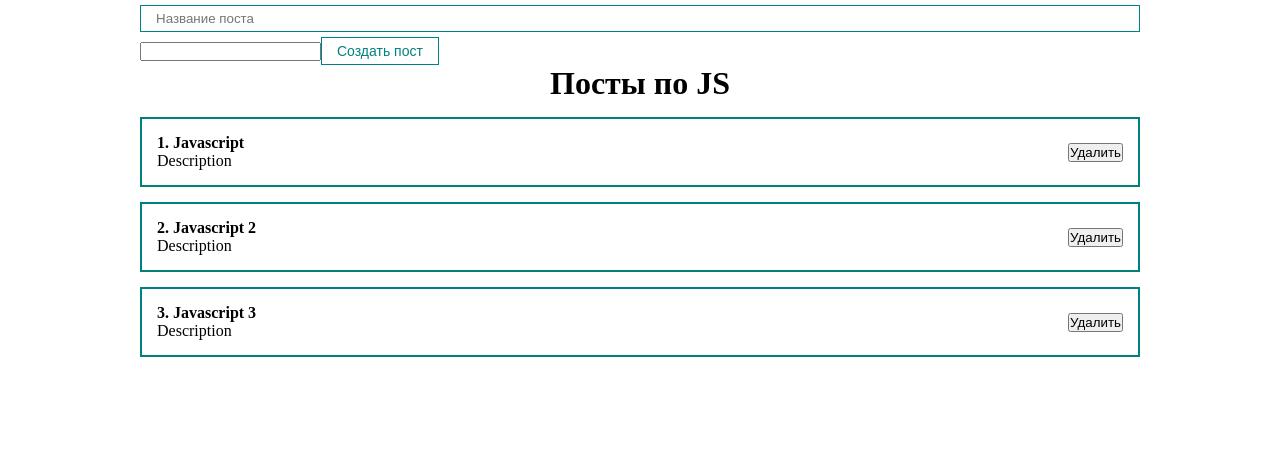
Repository: otvertka/ulb
Page: /
The author's editor kept a copy of each file at every save. The page is drawn from the files as they stood at one save, then again after the next save.
The browser window is 1280 px wide. The pictures show the whole page.
The project was rebuilt for these pictures with package versions that can differ from the ones it lists, and the page was loaded fresh each time. Also part of the build but not shown: src/components/Counter.jsx, src/components/ClassCounter.jsx.

Above is the page before, as saved 2023-06-11 11:43:03.

After the next save:
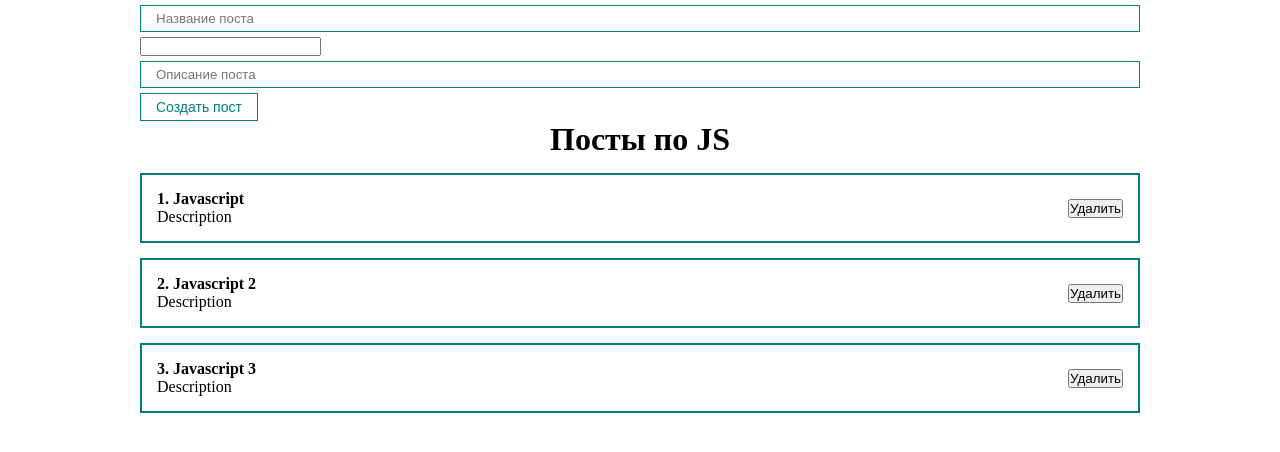
Saved 5 min 41 s later.
--- a/src/App.js
+++ b/src/App.js
@@ -35,11 +35,11 @@ function App() {
           placeholder="Название поста"
         ></MyInput>
         <input ref={bodyInputRef} type="text" />
-        {/* <MyInput
+        <MyInput
           ref={bodyInputRef}
           type="text"
           placeholder="Описание поста"
-        ></MyInput> */}
+        ></MyInput>
         <MyButton onClick={addNewPost}>Создать пост</MyButton>
       </form>
       <PostList posts={posts} title="Посты по JS" />
